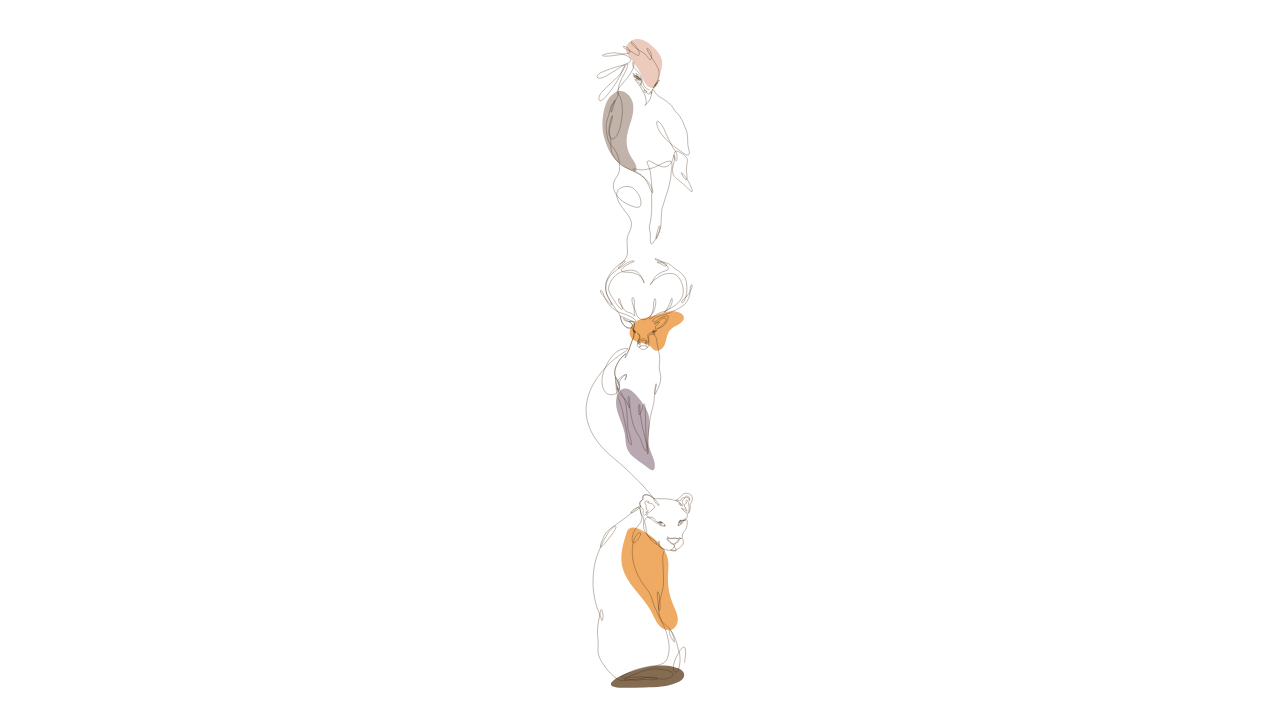
Repository: sebastiann88/svg-animals
Page: index.html
An editor plug-in stored every save of this project. The page is shown before and after the next save, followed by the edit.
The browser window is 1280 px wide. The pictures show the window.
A layer covers the whole window, so only the first screen is drawn.

Above is the page before, as saved 2024-09-05 01:26:53.

After the next save:
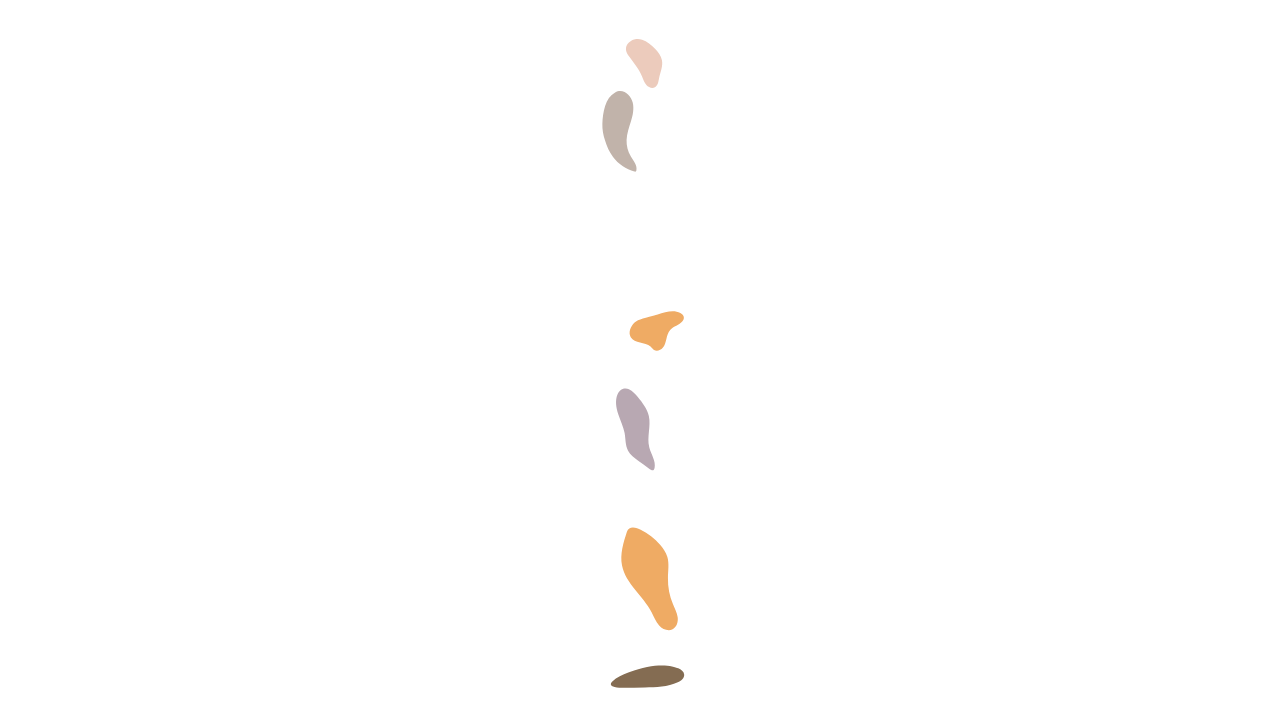
Saved 105 s later.
--- a/index.html
+++ b/index.html
@@ -294,7 +294,7 @@
       </svg>
     </div>
     <script>
-      let path = document.querySelector("path");
+      let path = document.querySelector("#animals-path");
       let pathLength = path.getTotalLength();
 
       path.style.strokeDasharray = pathLength + " " + pathLength;
